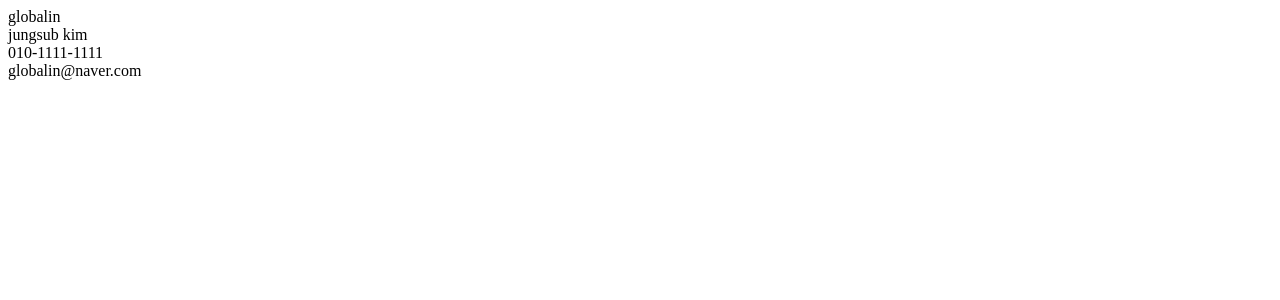
Repository: ghs0814/jsp-workspace
Page: http://localhost/ServletProject/InitParam
These files come from the project's save history. The page is drawn as it stood at one moment and after the next save; the edit follows.
The browser window is 1280 px wide. The pictures show the whole page.
The page is served by Tomcat 9.

Above is the page before, as saved 2026-05-21 02:42:26.

After the next save:
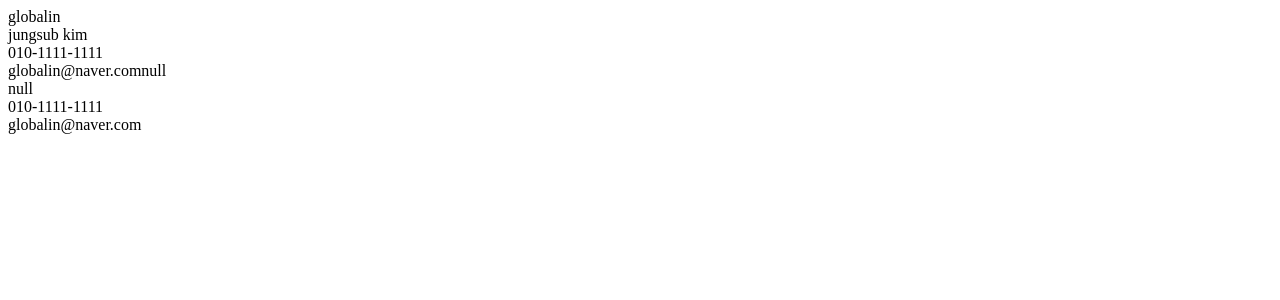
Saved 50 s later.
--- a/ServletProject/src/main/java/com/sample/InitParam.java
+++ b/ServletProject/src/main/java/com/sample/InitParam.java
@@ -38,7 +38,8 @@ public class InitParam extends HttpServlet {
 	private String manager;
 	private String tel;
 	private String email;
-
+	private String com;
+	private String man;
 
 
 	@Override
@@ -48,8 +49,8 @@ public class InitParam extends HttpServlet {
 		getServletContext().setAttribute("company", company);
 		getServletContext().setAttribute("manager", manager);
 
-		String com = (String)getServletContext().getInitParameter("company");
-		String man = (String)getServletContext().getInitParameter("manager");
+		com = (String)getServletContext().getInitParameter("company");
+		man = (String)getServletContext().getInitParameter("manager");
 
 
 //		company = getServletContext().getInitParameter("company");
@@ -81,6 +82,7 @@ public class InitParam extends HttpServlet {
 		out.print("<head><title></title></head>");
 		out.print("<body>");
 		out.print(company + "<br>" + manager + "<br>" + tel + "<br>" + email);
+		out.print(com + "<br>" + man + "<br>" + tel + "<br>" + email);
 		out.print("</body>");
 		out.print("</html>");
 
